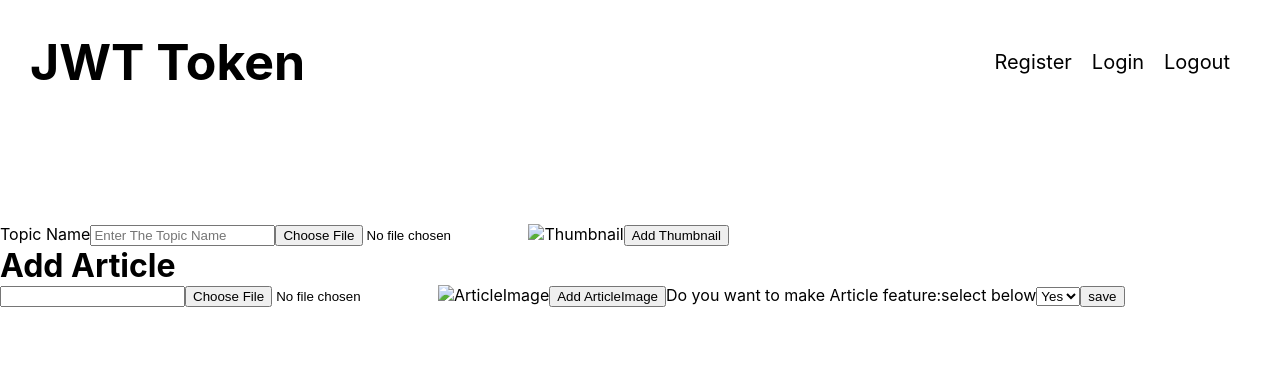
Repository: Prafullkuma/jwttoken
Page: /admin
The author's editor kept a copy of each file at every save. The page is drawn from the files as they stood at one save, then again after the next save.
The browser window is 1280 px wide. The pictures show the whole page.
The project was rebuilt for these pictures with package versions that can differ from the ones it lists, and the page was loaded fresh each time. Also part of the build but not shown: src/App.css, src/component/Auth/Signup.js, src/component/Auth/Signin.js, src/component/User/User.js, src/component/Home/Home.js, src/component/Auth/Logout.js.

Above is the page before, as saved 2020-08-22 21:41:15.

After the next save:
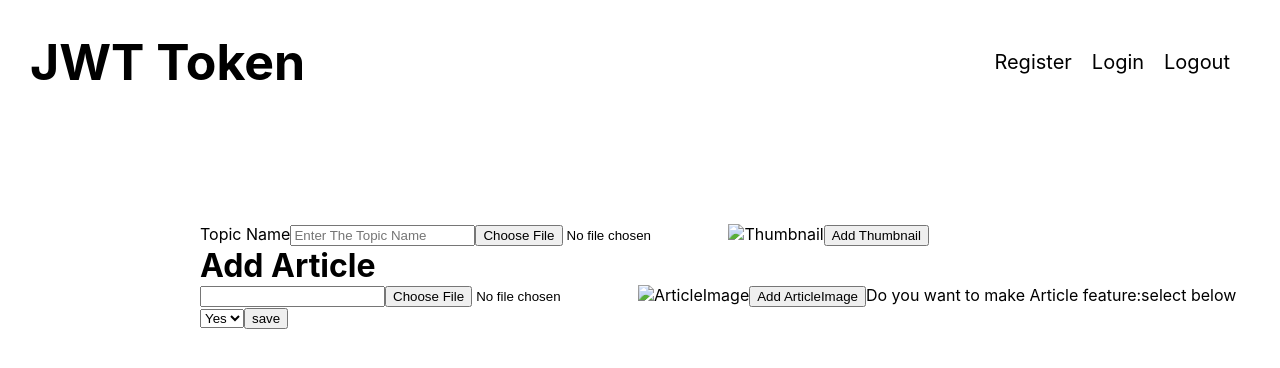
Saved 18 s later.
--- a/src/component/Admin/Dashboard.css
+++ b/src/component/Admin/Dashboard.css
@@ -2,4 +2,5 @@
     margin-top: 100px;
     display: flex;
     flex-direction: column;
+    margin-left: 200px;
 }

After the save that followed:
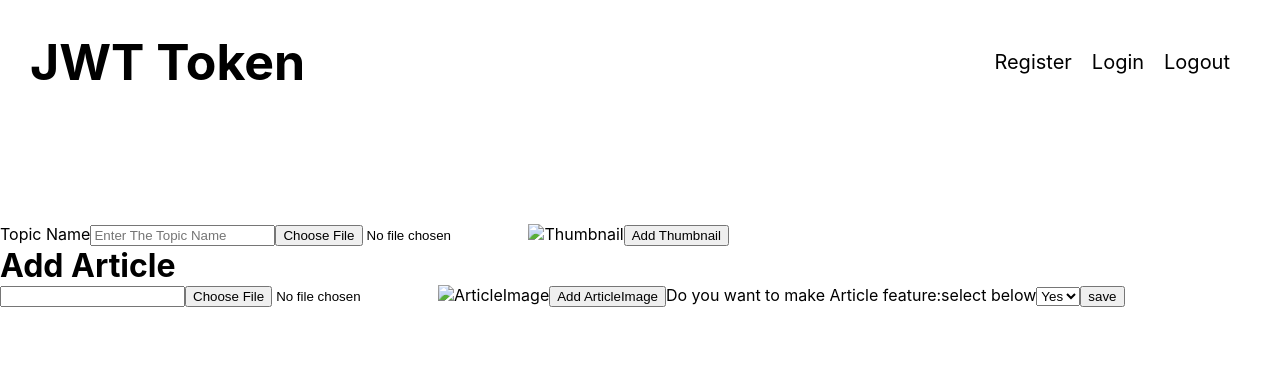
Saved 5 s later.
--- a/src/component/Admin/Dashboard.css
+++ b/src/component/Admin/Dashboard.css
@@ -2,5 +2,5 @@
     margin-top: 100px;
     display: flex;
     flex-direction: column;
-    margin-left: 200px;
+    margin-left: 200px 200px;
 }
